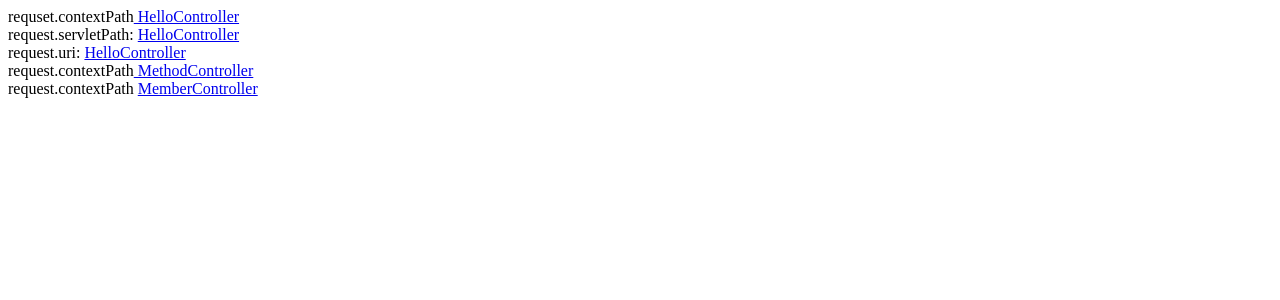
Repository: JunhaPark96/springBoard_maven
Page: http://localhost/springmvc/
The author's editor kept a copy of each file at every save. The page is drawn from the files as they stood at one save, then again after the next save.
The browser window is 1280 px wide. The pictures show the whole page.
The page is served by Tomcat 9. Nobody is signed in. The application's start-up code is not run. Other server files are loaded and not shown.

Above is the page before, as saved 2023-08-22 06:53:23.

### springmvc/src/main/webapp/index.jsp
<%@ page language="java" contentType="text/html; charset=UTF-8"
    pageEncoding="UTF-8"%>
<!DOCTYPE html>
<html>
<head>
<meta charset="UTF-8">
<title>Insert title here</title>
</head>
<body>
	<!-- request.uri - springmvc/hello/hello -->
	<!-- request.contextPath - springmvc -->
	<!-- request.servletPath - hello/hello -->
	<%-- <a href="<%=request.getContextPath()%>/hello/h1"> HelloController </a> --%>
	requset.contextPath<a href="${pageContext.request.contextPath}/hello/h1"> HelloController </a><br>
	request.servletPath: <a href="${pageContext.request.servletPath}/hello/h1"> HelloController </a><br>
	request.uri: <a href="${pageContext.request.requestURI}/hello/h1"> HelloController </a><br>

	request.contextPath<a href="${pageContext.request.contextPath}/method/method"> MethodController </a><br>

	request.contextPath <a href="${pageContext.request.contextPath}/member/joinForm"> MemberController</a>

</body>
</html>

After the next save:
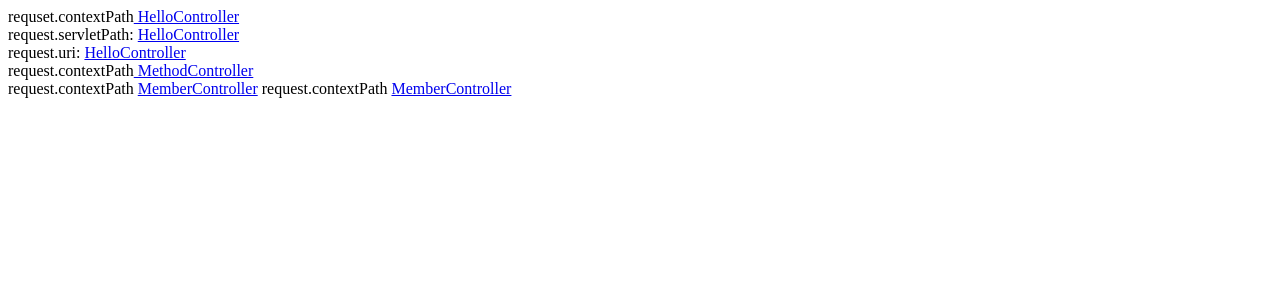
Saved 14 s later.
--- a/springmvc/src/main/webapp/index.jsp
+++ b/springmvc/src/main/webapp/index.jsp
@@ -19,5 +19,6 @@
 
 	request.contextPath <a href="${pageContext.request.contextPath}/member/joinForm"> MemberController</a>
 
+	request.contextPath <a href="${pageContext.request.contextPath}/member/joinForm"> MemberController</a>
 </body>
 </html>
